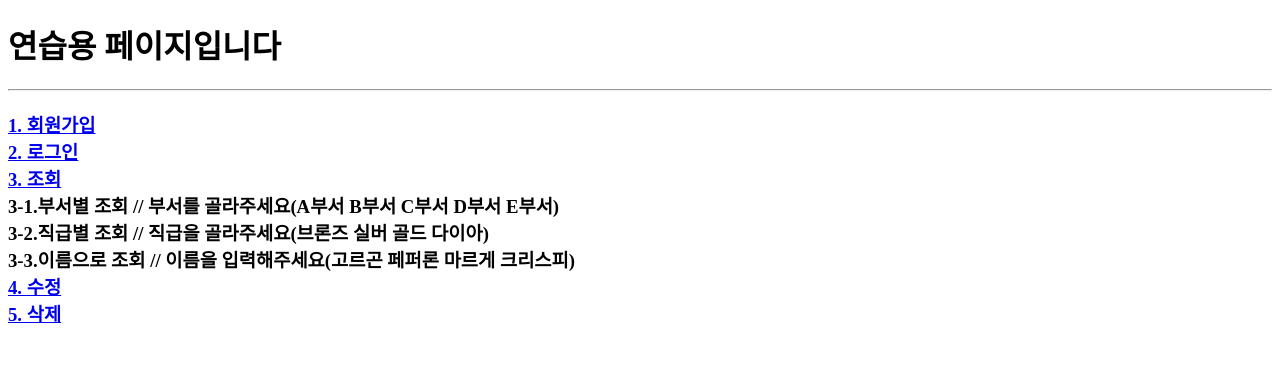
Repository: loseminho/khAcademy-Study
Page: http://localhost/02_SpringMVC_CRUD_TEST/
These files come from the project's save history. The page is drawn as it stood at one moment and after the next save; the edit follows.
The browser window is 1280 px wide. The pictures show the whole page.
The page is served by Tomcat 9.

Above is the page before, as saved 2022-09-30 09:09:16.

After the next save:
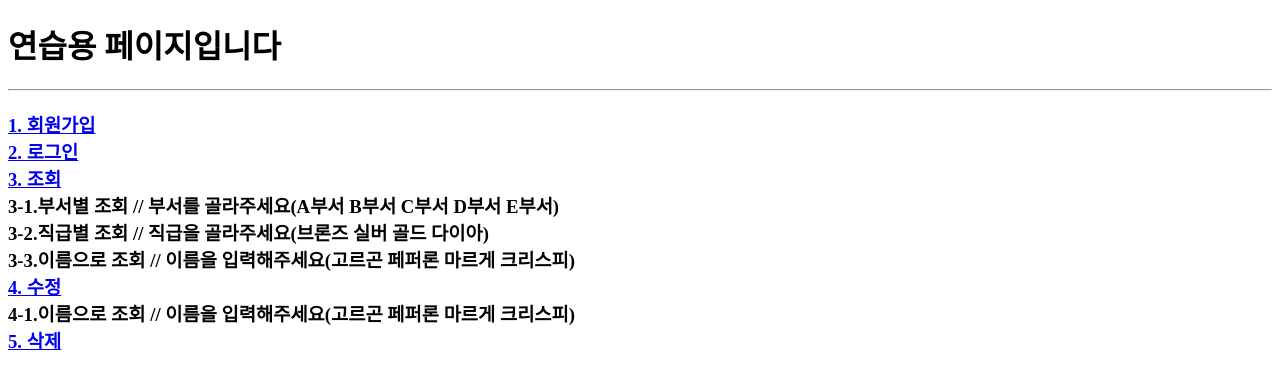
Saved 15 s later.
--- a/spring/workspace-sts-3.9.13.RELEASE/02_SpringMVC_CRUD_TEST/src/main/webapp/index.jsp
+++ b/spring/workspace-sts-3.9.13.RELEASE/02_SpringMVC_CRUD_TEST/src/main/webapp/index.jsp
@@ -17,6 +17,7 @@
 		3-2.직급별 조회 // 직급을 골라주세요(브론즈 실버 골드 다이아)<br>
 		3-3.이름으로 조회 // 이름을 입력해주세요(고르곤 페퍼론 마르게 크리스피)<br>
 		<a href="/">4. 수정</a><br>
+		4-1.이름으로 조회 // 이름을 입력해주세요(고르곤 페퍼론 마르게 크리스피)<br>
 		<a href="/">5. 삭제</a><br>
 	</h3>
 </body>
